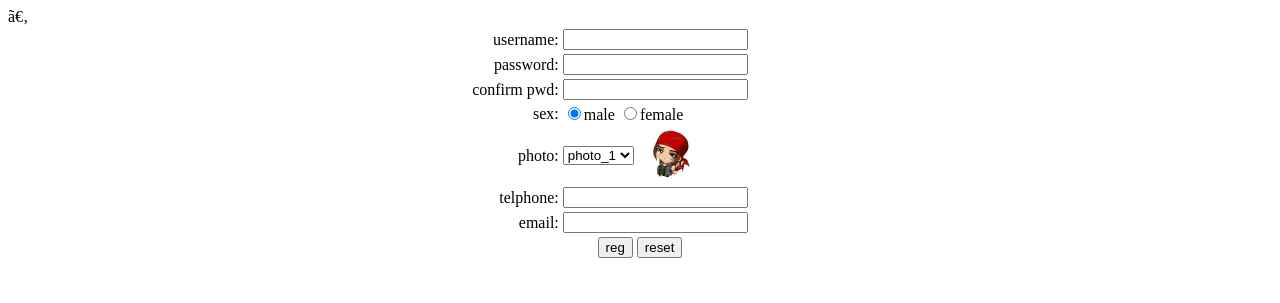
Repository: GetHubByYc/MyEclipse
Page: http://localhost/CheckLogin/reg.jsp
An editor plug-in stored every save of this project. The page is shown before and after the next save, followed by the edit.
The browser window is 1280 px wide. The pictures show the whole page.
The page is served by Tomcat 9. Nobody is signed in. The application's start-up code is not run.

Above is the page before, as saved 2015-11-14 03:11:01.

After the next save:
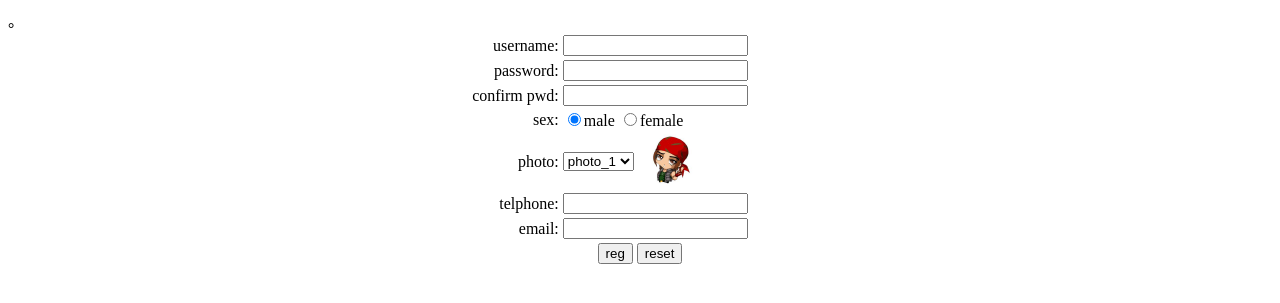
Saved 11 s later.
--- a/CheckLogin/WebRoot/reg.jsp
+++ b/CheckLogin/WebRoot/reg.jsp
@@ -1,4 +1,4 @@
- 。<%@ page language="java" import="java.util.*" pageEncoding="ISO-8859-1"%>
+ 。<%@ page language="java" import="java.util.*" pageEncoding="utf-8"%>
 
 <!DOCTYPE HTML PUBLIC "-//W3C//DTD HTML 4.01 Transitional//EN">
 <html>
